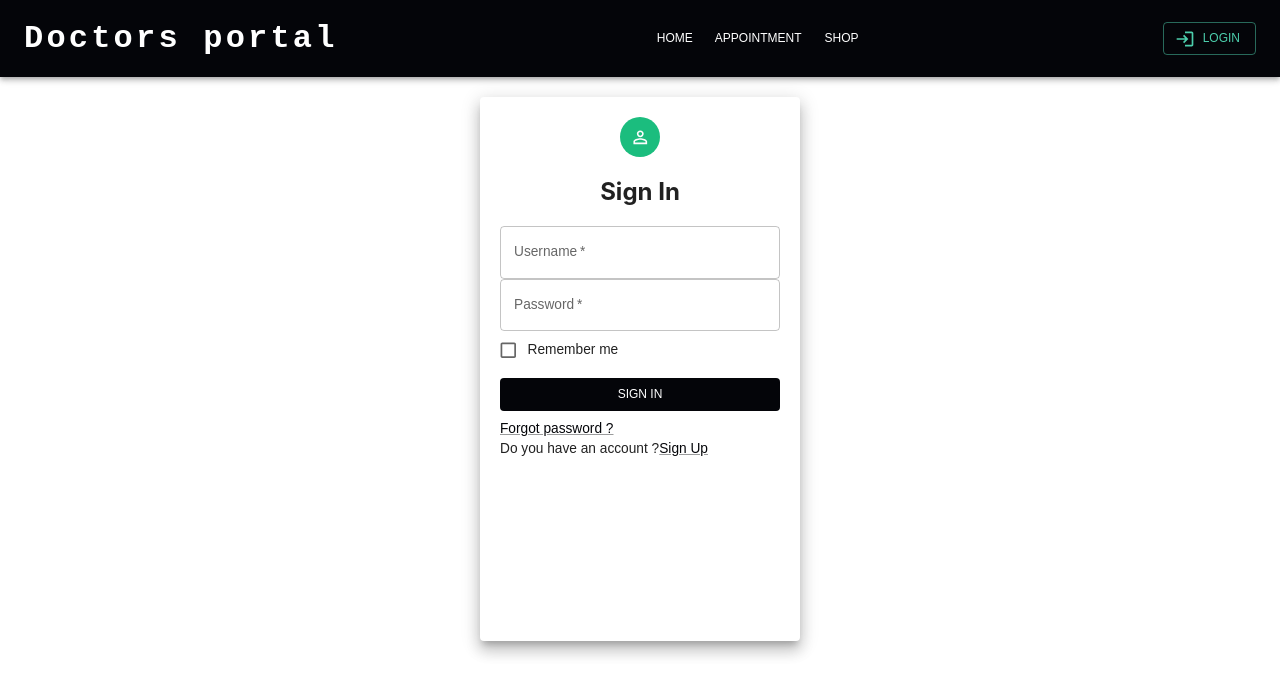
Repository: mdrubel02/health-care
Page: /login
These files come from the project's save history. The page is drawn as it stood at one moment and after the next save; the edit follows.
The browser window is 1280 px wide. The pictures show the whole page.
The project was rebuilt for these pictures with package versions that can differ from the ones it lists, and the page was loaded fresh each time. Also part of the build but not shown: src/Pages/Appointment/Appointment.js, src/Pages/Home/Banner/Banner.js, src/Pages/Home/Information/Information.js, src/Pages/Home/Services/Services.js, src/Pages/Home/Home.js, src/Animation/index.js, src/Styles/Product/index.js, src/Pages/Shop/ProductMeta.js and 3 more.

Above is the page before, as saved 2022-11-20 14:09:29.

After the next save:
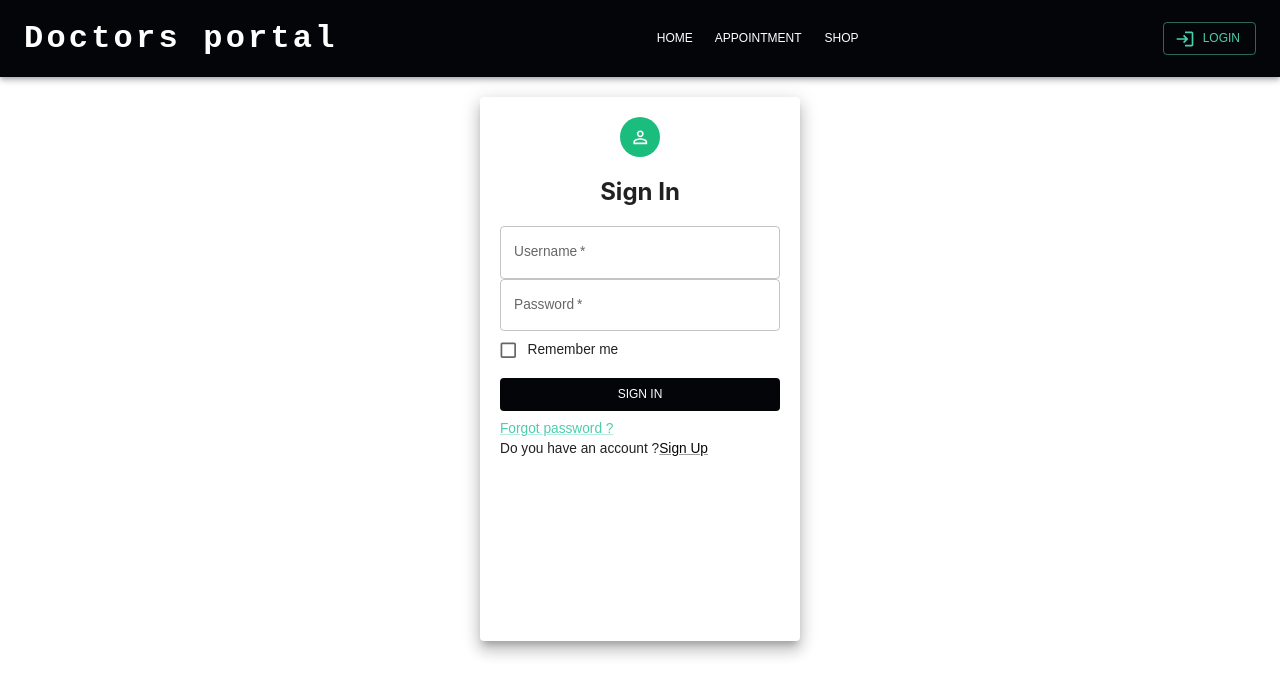
Saved 20 s later.
--- a/src/Pages/Login/Login.js
+++ b/src/Pages/Login/Login.js
@@ -26,7 +26,7 @@ const Login = () => {
                  />
                 <Button type='submit' color='primary' variant="contained" style={btnstyle} fullWidth>Sign in</Button>
                 <Typography color={'secondary'}>
-                     <Link href="#"  >
+                     <Link href="#"  color={'secondary'} >
                         Forgot password ?
                 </Link>
                 </Typography>
